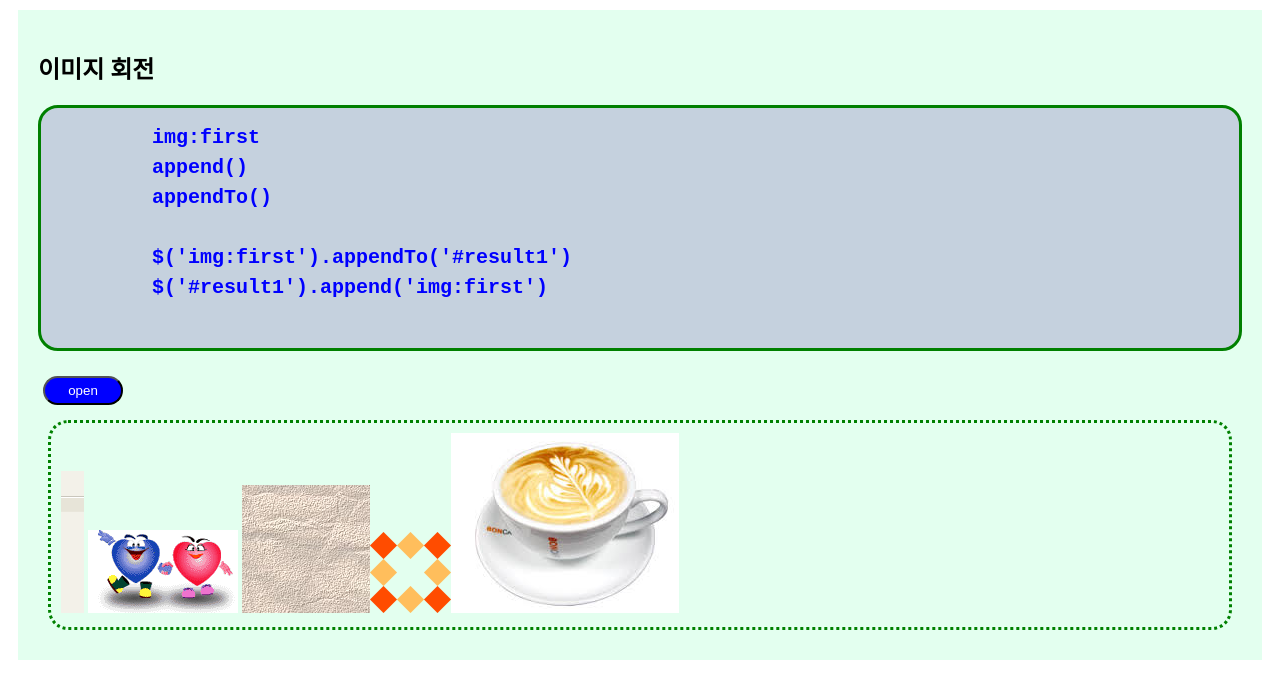
Repository: ypyp0205/jquery
Page: jqpro/WebContent/0213/img_append.html
An editor plug-in stored every save of this project. The page is shown before and after the next save, followed by the edit.
The browser window is 1280 px wide. The pictures show the whole page.
After loading, the first visible `#btn1` was clicked once.

Above is the page before, as saved 2020-02-13 05:57:37.

After the next save:
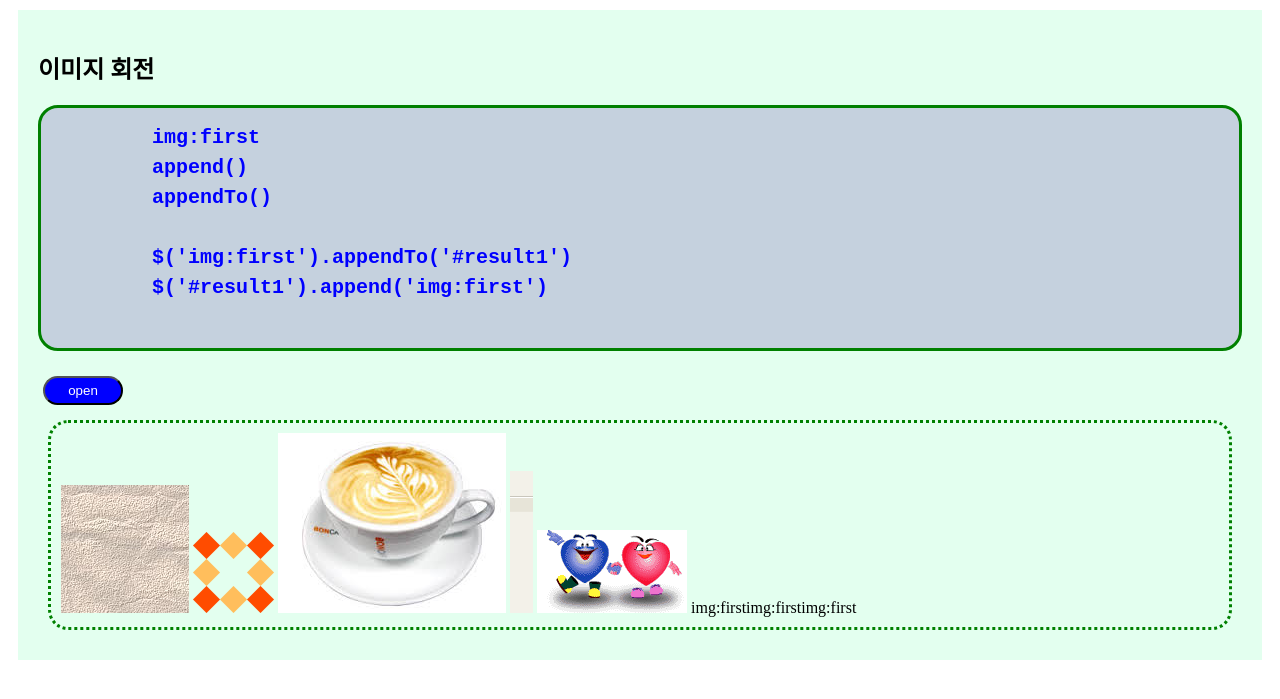
Saved 11 s later.
--- a/jqpro/WebContent/0213/img_append.html
+++ b/jqpro/WebContent/0213/img_append.html
@@ -13,8 +13,8 @@
 
 
 			 setInterval(function() {
-				$('img:first').appendTo('#result1');
-
+				//$('img:first').appendTo('#result1');
+				$('#result1').append('img:first');
 			}, 500);
 
 

After the save that followed:
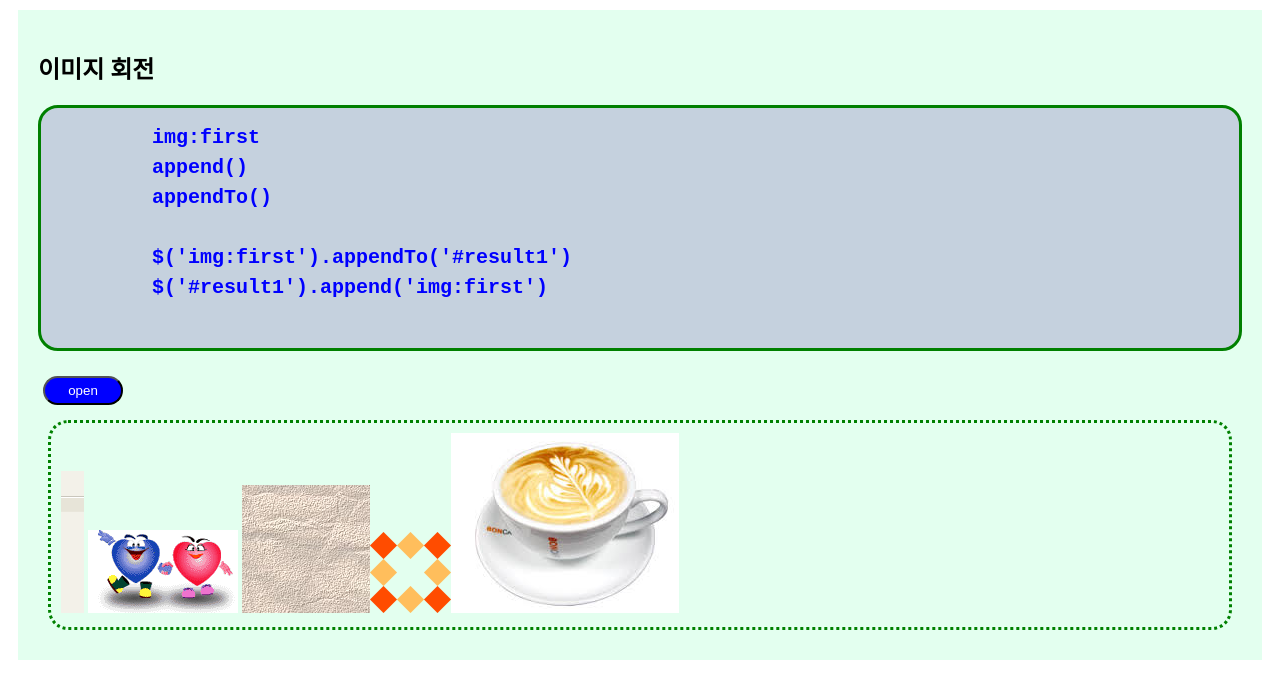
Saved 15 s later.
--- a/jqpro/WebContent/0213/img_append.html
+++ b/jqpro/WebContent/0213/img_append.html
@@ -13,8 +13,8 @@
 
 
 			 setInterval(function() {
-				//$('img:first').appendTo('#result1');
-				$('#result1').append('img:first');
+				$('img:first').appendTo('#result1');
+				//$('#result1').append('img:first');
 			}, 500);
 
 
